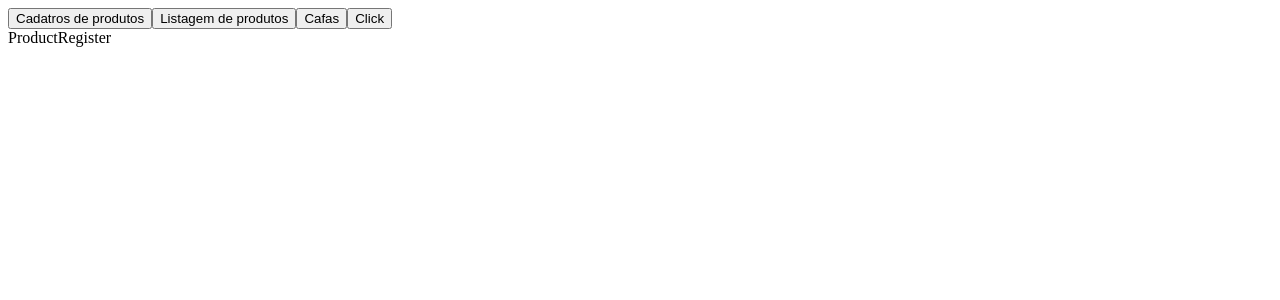
Repository: KennedyWanderson/crud-web
Page: /
The author's editor kept a copy of each file at every save. The page is drawn from the files as they stood at one save, then again after a run of saves.
The browser window is 1280 px wide. The pictures show the whole page.
The project was rebuilt for these pictures with package versions that can differ from the ones it lists, and the page was loaded fresh each time. Also part of the build but not shown: src/Components/ProductList.js, src/Components/CategoryRegister.js, src/Components/CategotyList.js.

Above is the page before, as saved 2023-11-15 14:27:12.

### src/App.js
import ProductRegister from "./Components/ProductRegister"
import ProductList from "./Components/ProductList"
import CategoryRegister from "./Components/CategoryRegister"
import CategotyList from "./Components/CategotyList"
import React, { useState } from 'react';

function App() {

const [visible, setVisible] = useState(1)

function selectComponent(){
  if(visible === 1){
    return <ProductRegister />
  } else if(visible === 2) {
    return <ProductList />
  } else if(visible === 3) {
    return <CategoryRegister />
  } else {
    return <CategotyList />
  }
}

  return (
    <div>
      <button onClick={() => {setVisible(1)}}>Cadatros de produtos</button>
      <button onClick={() => {setVisible(2)}}>Listagem de produtos</button>
      <button onClick={() => {setVisible(3)}}>Cafas</button>
      <button onClick={() => {setVisible(4)}}>Click</button>
      {selectComponent()}
    </div>
  );
}

export default App;

### src/Components/ProductRegister.js
import React from "react";

function ProductRegister(){
    return (
        <div>ProductRegister</div>
    )
}

export default ProductRegister

Loaded but not shown: public/index.html (common file); src/index.js (common file); src/reportWebVitals.js (common file)

After the next 2 saves:
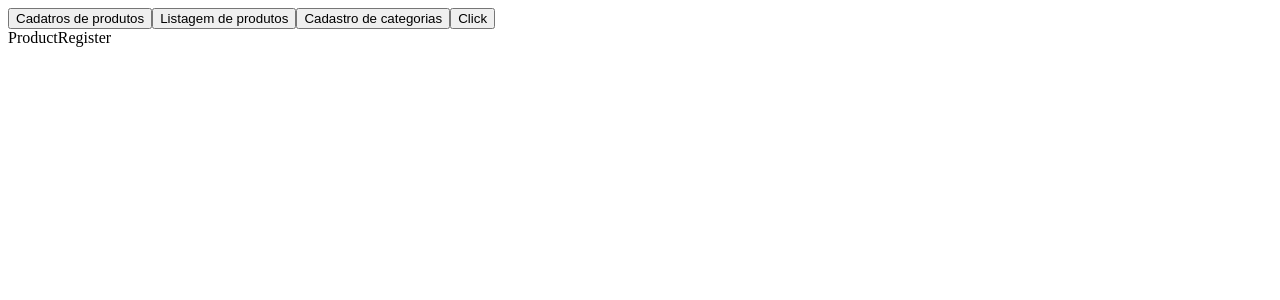
The 2 saves are shown as one change because they came seconds apart.
The last was saved 8 s later.
--- a/src/App.js
+++ b/src/App.js
@@ -24,7 +24,7 @@ function selectComponent(){
     <div>
       <button onClick={() => {setVisible(1)}}>Cadatros de produtos</button>
       <button onClick={() => {setVisible(2)}}>Listagem de produtos</button>
-      <button onClick={() => {setVisible(3)}}>Cafas</button>
+      <button onClick={() => {setVisible(3)}}>Cadastro de categorias</button>
       <button onClick={() => {setVisible(4)}}>Click</button>
       {selectComponent()}
     </div>
